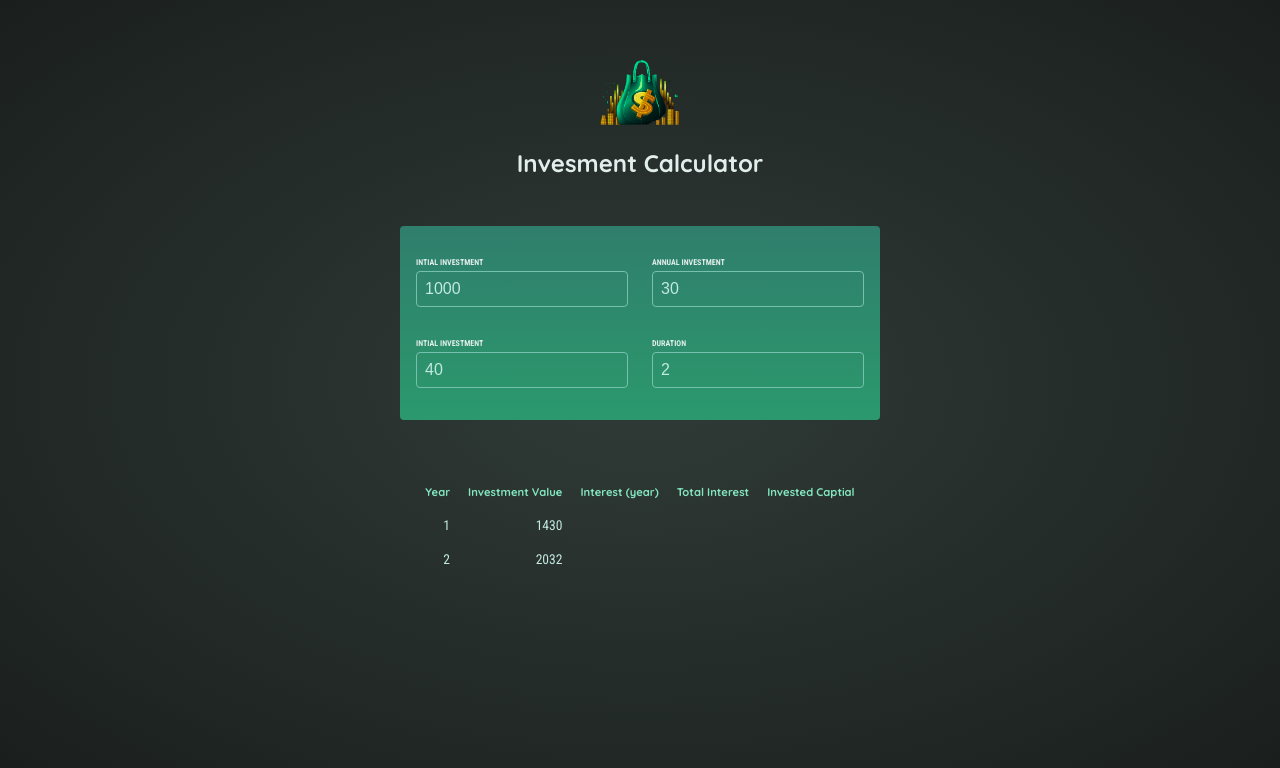
Repository: sibi24sibi/investment-calculator
Page: /
These files come from the project's save history. The page is drawn as it stood at one moment and after the next save; the edit follows.
The browser window is 1280 px wide. The pictures show the whole page.
The project was rebuilt for these pictures with package versions that can differ from the ones it lists, and the page was loaded fresh each time. Also part of the build but not shown: vite.config.js.

Above is the page before, as saved 2024-05-26 13:34:57.

After the next save:
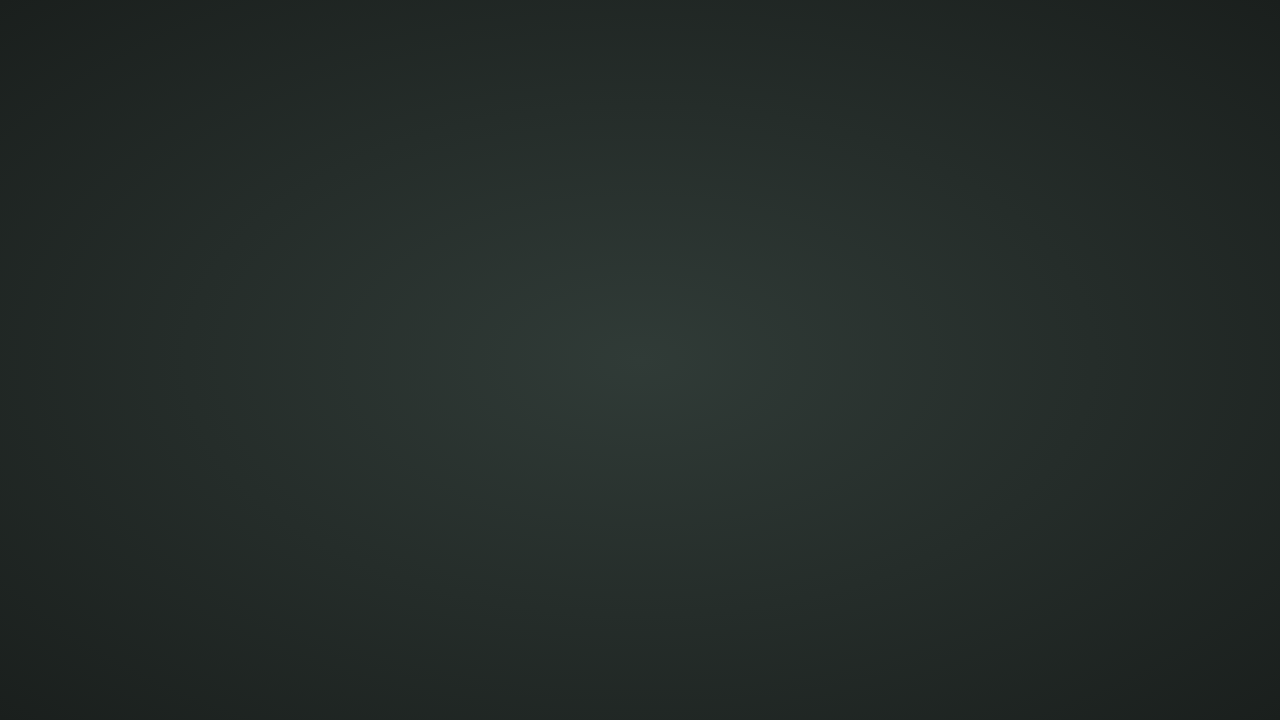
Console error: ReferenceError: resultsData is not defined
Saved 84 min 40 s later.
--- a/src/components/Result.jsx
+++ b/src/components/Result.jsx
@@ -1,7 +1,8 @@
-import { calculateInvestmentResults } from "../util/investment.js";
+import { calculateInvestmentResults, formatter } from "../util/investment.js";
 
 export default function Result({ userInput }) {
   const investmentResults = calculateInvestmentResults(userInput);
+  const initialInvestments =resultsData[0].valueEndOfYear - resultsData[0].annualInvestment;
 
   return (
     <section>
@@ -17,13 +18,20 @@ export default function Result({ userInput }) {
         </thead>
         <tbody>
           {investmentResults.map((yearData) => {
+
+            const totalInterest =
+                yearData.valueEndOfYear
+                yearData.annualInvestment * yearData.year -
+                intialInvestment;
+            const totalAmountInterest = yearData.valueEndOfYear -totalInterest;
+
             return (
               <tr key={yearData.year}>
                 <td>{yearData.year}</td>
-                <td>{yearData.valueEndOfYear}</td>
-                <td></td>
-                <td></td>
-                <td></td>
+                <td>{formatter.format(yearData.valueEndOfYear)}</td>
+                <td>{formatter.format(yearData.interest)}</td>
+                <td>{formatter.format(totalInterest)}</td>
+                <td>{formatter.format(totalAmountInterest)}</td>
               </tr>
             );
           })}
